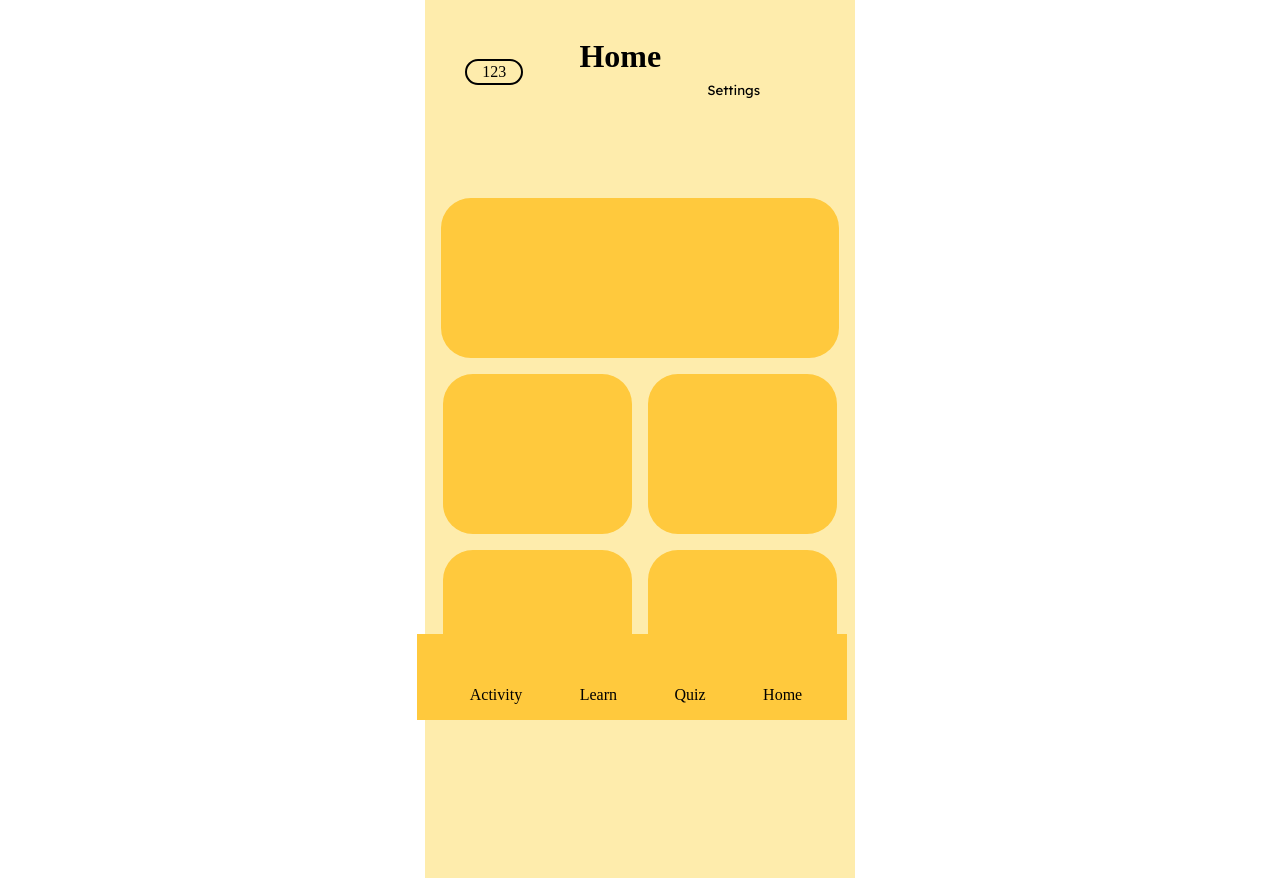
Repository: kellyzyhuang/HiveFive
Page: /
These files come from the project's save history. The page is drawn as it stood at one moment and after the next save; the edit follows.
The browser window is 1280 px wide. The page is 1282 px wide, so the pictures cover 1282 px, including what lies to the right of the window. The pictures show the whole page.
Some web fonts or font styles are not loaded; a fallback is used. The project was rebuilt for these pictures with package versions that can differ from the ones it lists, and the page was loaded fresh each time. The framework's server and built-in components were replaced by stand-ins that run in the browser. Also part of the build but not shown: next.config.js.

Above is the page before, as saved 2024-04-07 22:13:09.

After the next save:
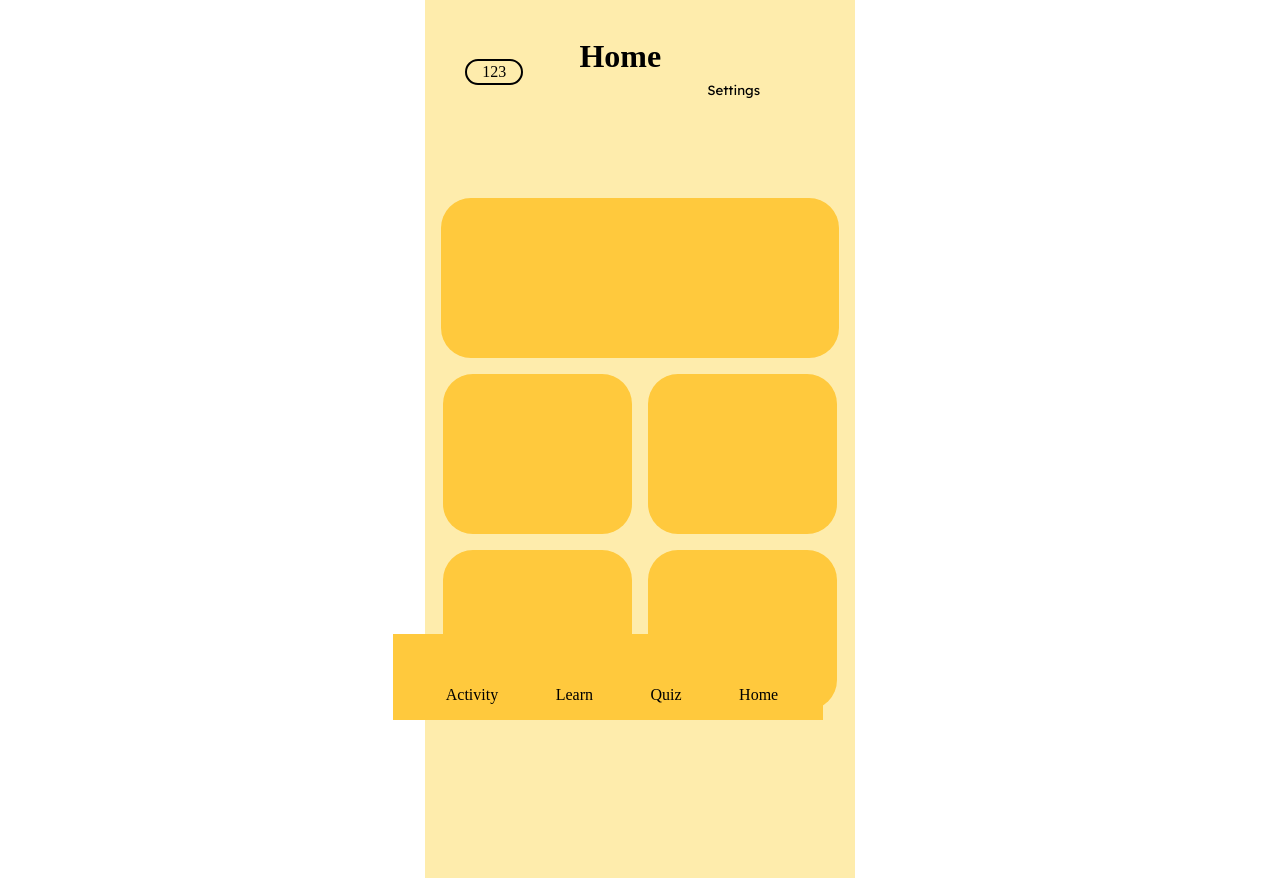
Saved 5 s later.
--- a/components/NavBar/NavBar.module.css
+++ b/components/NavBar/NavBar.module.css
@@ -8,7 +8,7 @@
     z-index: 1000;
     justify-content: center;
     align-items: center;
-    margin-left: -1rem;
+    margin-left: -4rem;
 }
 
 .navIcon {
